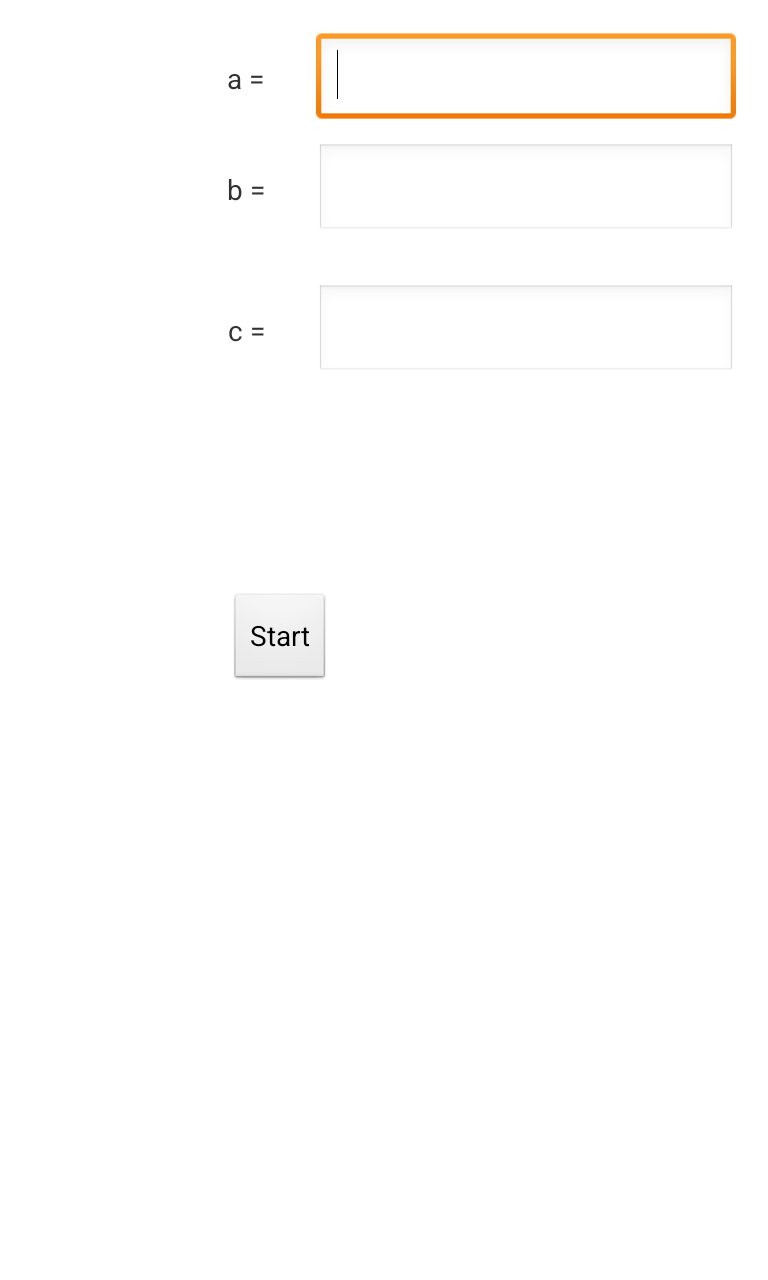
Repository: alexcpp2013/Solving-Quadratic-Equations-Android-Java-C--
Layout: src/Workspace3Cpp/SolvingEquation/res/layout/activity_main.xml
The author's editor kept a copy of each file at every save. The layout is drawn from the files as they stood at one save, then again after the next save.
It is drawn on a 768 x 1280 px phone screen (xhdpi) without system bars, with theme AppTheme; the app's code is not run.

Above is the layout before, as saved 2014-02-11 08:19:28.

After the next save:
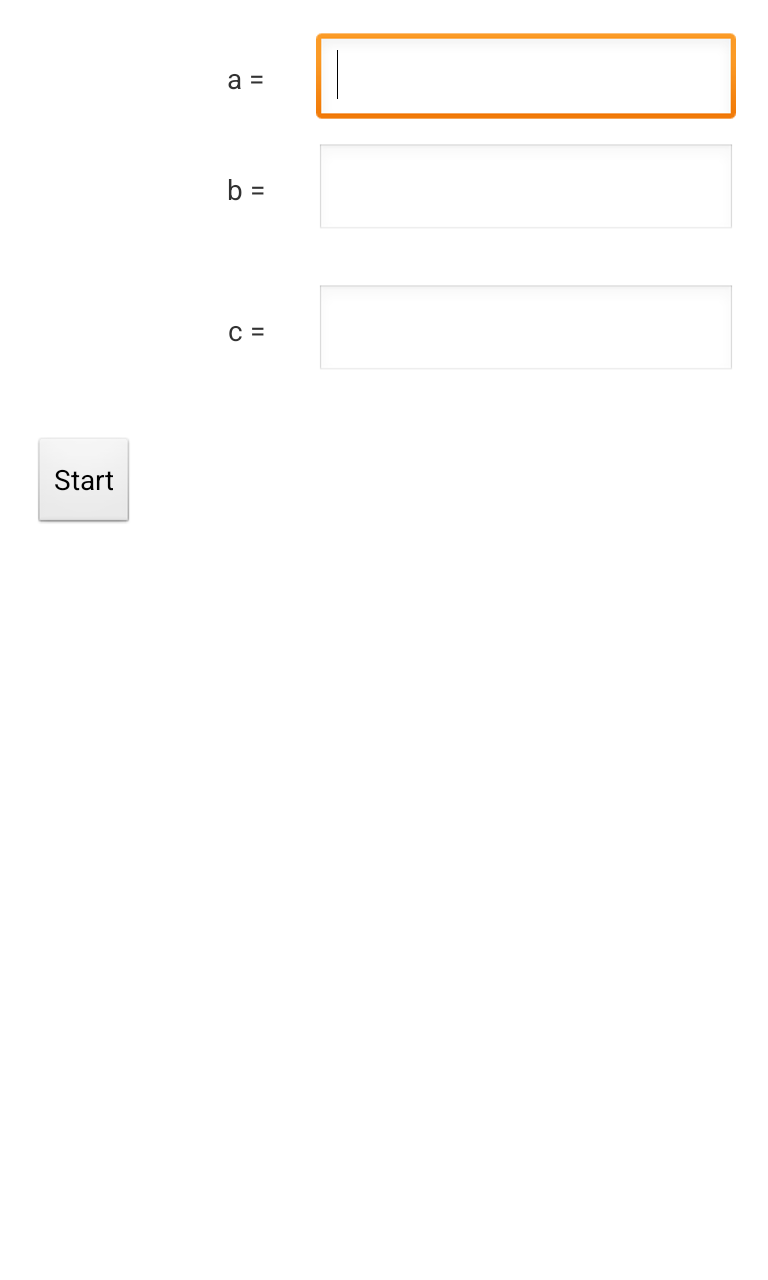
Saved 27 s later.
--- a/src/Workspace3Cpp/SolvingEquation/res/layout/activity_main.xml
+++ b/src/Workspace3Cpp/SolvingEquation/res/layout/activity_main.xml
@@ -65,11 +65,11 @@
 	    android:ems="10" />
 
 	<Button
-        android:id="@+id/bStart"
-        android:layout_width="wrap_content"
-        android:layout_height="wrap_content"
-        android:layout_alignLeft="@+id/textView3"
-        android:layout_centerVertical="true"
-        android:text="Start" />
+	    android:id="@+id/bStart"
+	    android:layout_width="wrap_content"
+	    android:layout_height="wrap_content"
+	    android:layout_below="@+id/eTc"
+	    android:layout_marginTop="28dp"
+	    android:text="Start" />
 
 </RelativeLayout>
